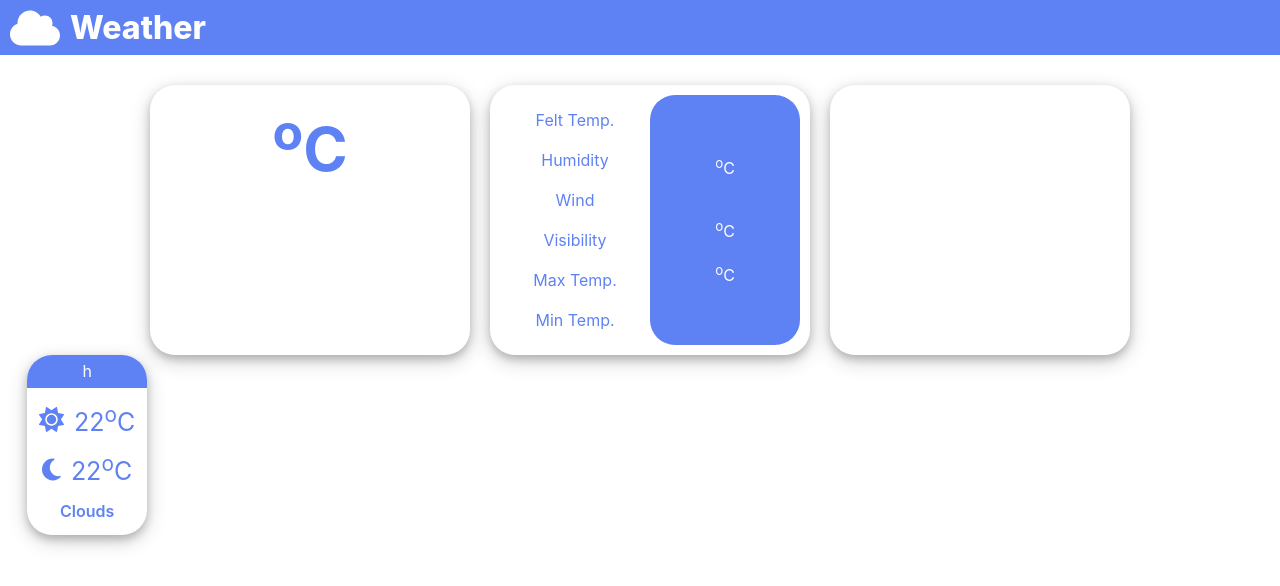
Repository: ahmedazawi/weather-app
Page: /
These files come from the project's save history. The page is drawn as it stood at one moment and after the next save; the edit follows.
The browser window is 1280 px wide. The pictures show the whole page.
The project was rebuilt for these pictures with package versions that can differ from the ones it lists, and the page was loaded fresh each time. Also part of the build but not shown: src/components/Map.js.

Above is the page before, as saved 2022-11-30 15:53:06.

After the next save:
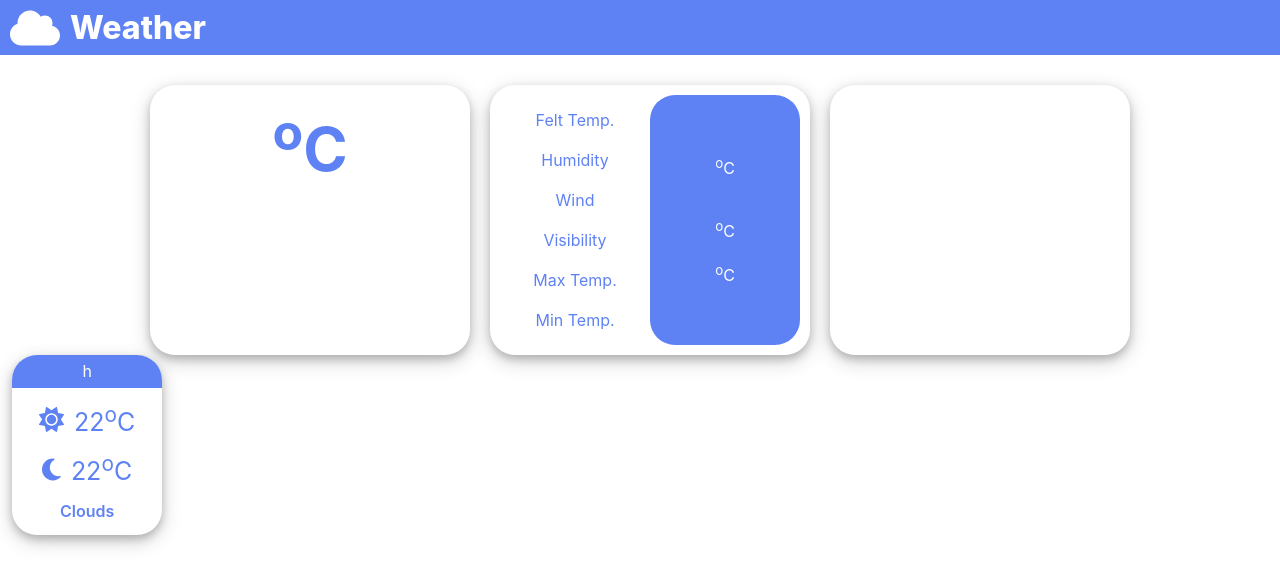
Saved 6 s later.
--- a/src/assets/css/SevenDaysCards.css
+++ b/src/assets/css/SevenDaysCards.css
@@ -8,7 +8,7 @@
 .small-cards > div {
   display: flex;
   flex-direction: column;
-  width: 120px;
+  width: 150px;
   height: 180px;
   overflow: hidden;
   background-color: var(--secondaryColor);
